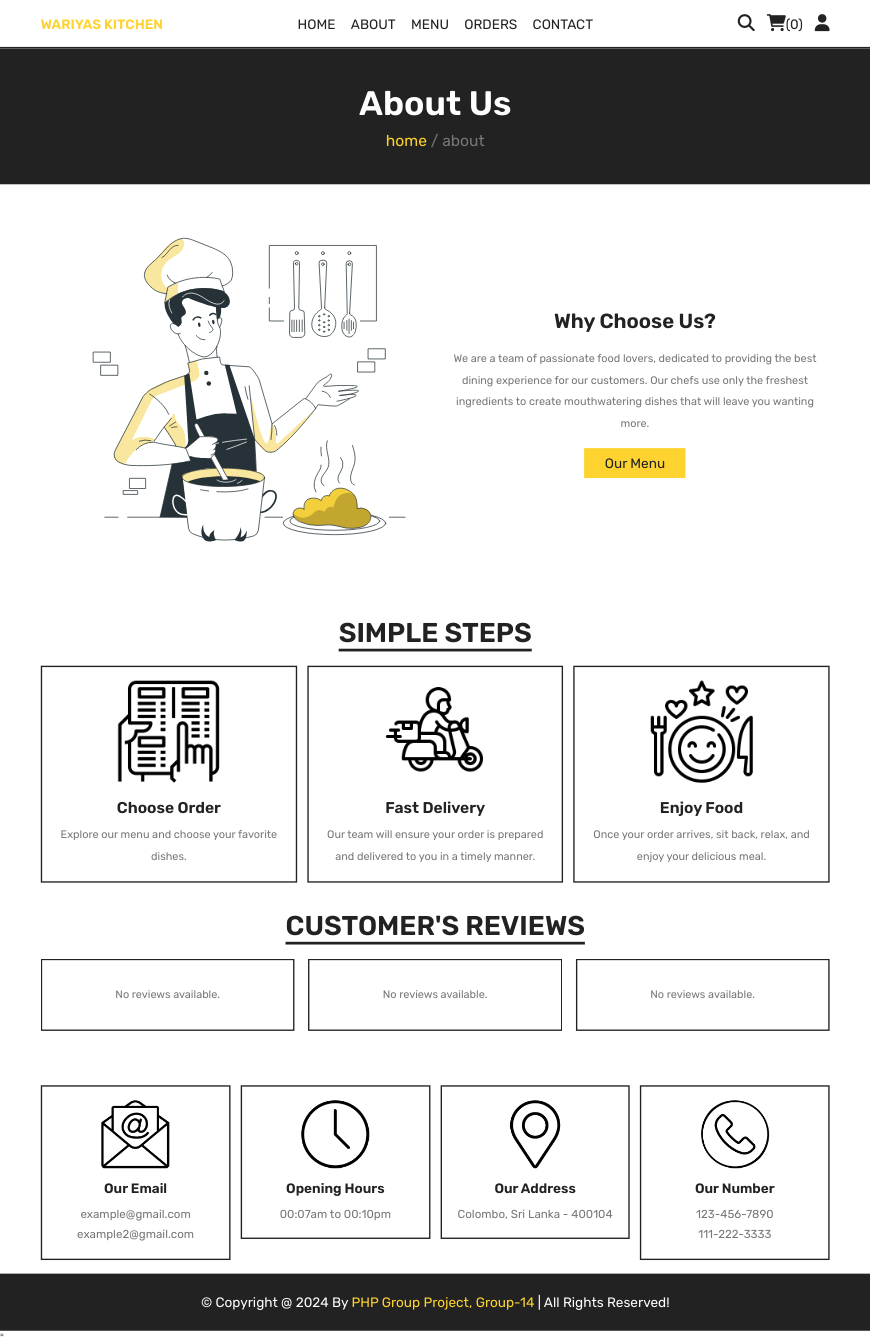
Repository: navodniwarshana/food_order_site
Page: http://localhost/about.php
These files come from the project's save history. The page is drawn as it stood at one moment and after the next save; the edit follows.
The browser window is 1280 px wide. The pictures show the whole page, at 68% of full size.
Some web libraries are served in a nearby version. The page is run by PHP 8.4 with error messages shown; the project is at /var/www/html/. Queries for data that is not in the repository find no rows.

Above is the page before, as saved 2024-09-28 18:35:24.
Console error: TypeError: Cannot read properties of null (reading 'style')

After the next save:
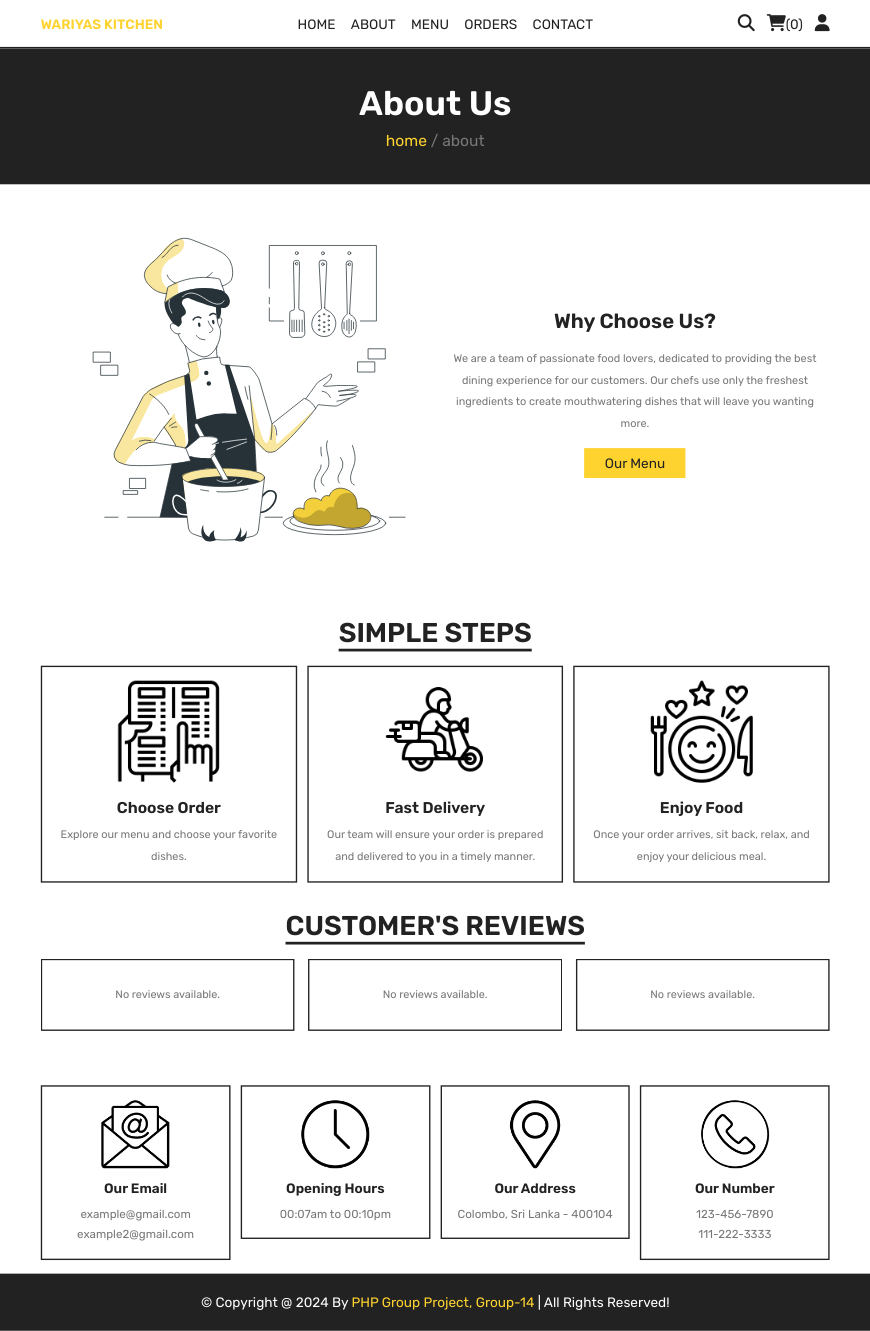
Saved 4 min 1 s later.
--- a/about.php
+++ b/about.php
@@ -8,7 +8,7 @@ if (isset($_SESSION['user_id'])) {
    $user_id = $_SESSION['user_id'];
 } else {
    $user_id = '';
-};
+}
 
 ?>
 
@@ -19,16 +19,13 @@ if (isset($_SESSION['user_id'])) {
    <meta charset="UTF-8">
    <meta http-equiv="X-UA-Compatible" content="IE=edge">
    <meta name="viewport" content="width=device-width, initial-scale=1.0">
-   <title>about</title>
+   <title>About</title>
 
    <link rel="stylesheet" href="https://unpkg.com/swiper@8/swiper-bundle.min.css" />
-
    <!-- font awesome cdn link  -->
    <link rel="stylesheet" href="https://cdnjs.cloudflare.com/ajax/libs/font-awesome/6.1.1/css/all.min.css">
-
    <!-- custom css file link  -->
    <link rel="stylesheet" href="css/style.css">
-
 </head>
 
 <body>
@@ -43,147 +40,97 @@ if (isset($_SESSION['user_id'])) {
    </div>
 
    <!-- about section starts  -->
-
    <section class="about">
-
       <div class="row">
-
          <div class="image">
             <img src="images/about-img.svg" alt="">
          </div>
-
          <div class="content">
             <h3>why choose us?</h3>
             <p>We are a team of passionate food lovers, dedicated to providing the best dining experience for our customers. Our chefs use only the freshest ingredients to create mouthwatering dishes that will leave you wanting more.</p>
             <a href="menu.php" class="btn">our menu</a>
          </div>
-
       </div>
-
    </section>
-
    <!-- about section ends -->
 
    <!-- steps section starts  -->
-
    <section class="steps">
-
       <h1 class="title">simple steps</h1>
-
       <div class="box-container">
-
          <div class="box">
             <img src="images/step-1.png" alt="">
             <h3>choose order</h3>
             <p>Explore our menu and choose your favorite dishes.</p>
          </div>
-
          <div class="box">
             <img src="images/step-2.png" alt="">
             <h3>fast delivery</h3>
             <p>Our team will ensure your order is prepared and delivered to you in a timely manner.</p>
          </div>
-
          <div class="box">
             <img src="images/step-3.png" alt="">
             <h3>enjoy food</h3>
             <p>Once your order arrives, sit back, relax, and enjoy your delicious meal.</p>
          </div>
-
       </div>
-
    </section>
-
    <!-- steps section ends -->
 
    <!-- reviews section starts  -->
-
    <section class="reviews">
-
       <h1 class="title">customer's reviews</h1>
-
       <div class="swiper reviews-slider">
-
          <div class="swiper-wrapper">
 
             <?php
-            $select_reviews = $conn->prepare("SELECT r.id, r.review_text, r.rating, u.name, u.user_image FROM `reviews` r JOIN `users` u ON r.id = u.id");
+            // Fetch unique reviews using DISTINCT
+            $select_reviews = $conn->prepare("SELECT DISTINCT r.id, r.review_text, r.rating, u.name, u.user_image
+                                              FROM `reviews` r
+                                              JOIN `users` u
+                                              ON r.user_id = u.id");
             $select_reviews->execute();
             $reviews = $select_reviews->fetchAll(PDO::FETCH_ASSOC);
 
-            // Log the number of reviews fetched
-            error_log("Total Reviews Fetched: " . count($reviews));
+            if (count($reviews) > 0) {
+               // Loop through all the unique reviews
+               foreach ($reviews as $review) {
+                  echo '<div class="swiper-slide slide">';
+                  echo '<img src="' . $review['user_image'] . '" alt="User Image">';
+                  echo '<p>"' . $review['review_text'] . '"</p>';
+                  echo '<div class="stars">';
 
-            if (count($reviews) > 0) {
-               // echo "Total Reviews: " . count($reviews);
-               $review = $reviews[0]; // Select the first review
-               echo '<div class="swiper-slide slide">';
-               echo '<img src="' . $review['user_image'] . '" alt="">';
-               echo '<p>"' . $review['review_text'] . '"';
-               echo '<div class="stars">';
+                  // Display the star rating
+                  for ($i = 0; $i < 5; $i++) {
+                     if ($i < $review['rating']) {
+                        echo '<i class="fas fa-star"></i>';
+                     } else {
+                        echo '<i class="far fa-star"></i>';
+                     }
+                  }
 
-               // Log each review's details
-               foreach ($reviews as $index => $review) {
-                  error_log("Review $index: " . $review['review_text'] . " | Rating: " . $review['rating']);
+                  echo '</div>';
+                  echo '<h3>' . $review['name'] . '</h3>';
+                  echo '</div>';
                }
-
-               for ($i = 0; $i < 5; $i++) {
-                  if ($i < $review['rating']) {
-                     echo '<i class="fas fa-star"></i>';
-                  } else {
-                     echo '<i class="far fa-star"></i>';
-                  }
-               }
-               echo '</div>';
-               echo '<h3>' . $review['name'] . '</h3>';
-               echo '</div>';
             } else {
                echo '<div class="swiper-slide slide">';
                echo '<p>No reviews available.</p>';
                echo '</div>';
             }
-
             ?>
 
          </div>
-
          <div class="swiper-pagination"></div>
-
       </div>
-
    </section>
-
    <!-- reviews section ends -->
-
-
-
-
-
-
-
-
-
-
-
-
-
-
-
-
-
-
 
    <!-- footer section starts  -->
    <?php include 'components/footer.php'; ?>
-   <!-- footer section ends -->=
-
-
-
-
-
+   <!-- footer section ends -->
 
    <script src="https://unpkg.com/swiper@8/swiper-bundle.min.js"></script>
-
    <!-- custom js file link  -->
    <script src="js/script.js"></script>
 
